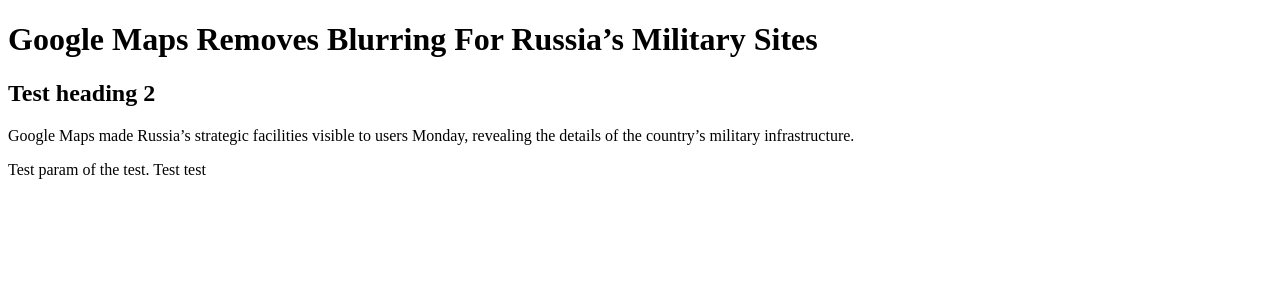
Repository: fran2708/LPPA
Page: Project 1/index.html
These files come from the project's save history. The page is drawn as it stood at one moment and after the next save; the edit follows.
The browser window is 1280 px wide. The pictures show the whole page.

Above is the page before, as saved 2022-04-18 19:50:30.

### Project 1/index.html
<!DOCTYPE html>
<html lang="en">
<head>
    <meta charset="UTF-8">
    <meta http-equiv="X-UA-Compatible" content="IE=edge">
    <meta name="viewport" content="width=device-width, initial-scale=1.0">
    <title>Test page</title>
</head>
<body>
    <h1>Google Maps Removes Blurring For Russia’s Military Sites</h1>
    <h2>Test heading 2</h2>
    <p>Google Maps made Russia’s strategic facilities visible to users Monday, revealing the details of the country’s military infrastructure. </p>
    <param>Test param of the test.</param>
    <param>Test test </param>
</body>
</html>

After the next save:
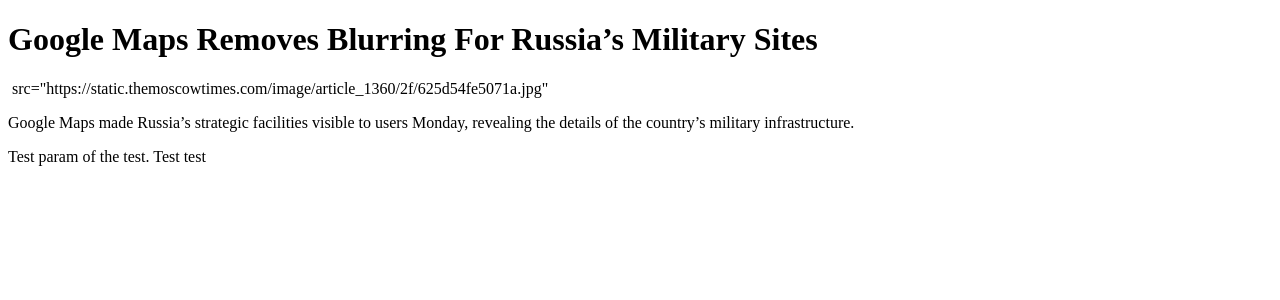
Saved 2 min 58 s later.
--- a/Project 1/index.html
+++ b/Project 1/index.html
@@ -8,7 +8,7 @@
 </head>
 <body>
     <h1>Google Maps Removes Blurring For Russia’s Military Sites</h1>
-    <h2>Test heading 2</h2>
+    <img> src="https://static.themoscowtimes.com/image/article_1360/2f/625d54fe5071a.jpg" </img>
     <p>Google Maps made Russia’s strategic facilities visible to users Monday, revealing the details of the country’s military infrastructure. </p>
     <param>Test param of the test.</param>
     <param>Test test </param>
